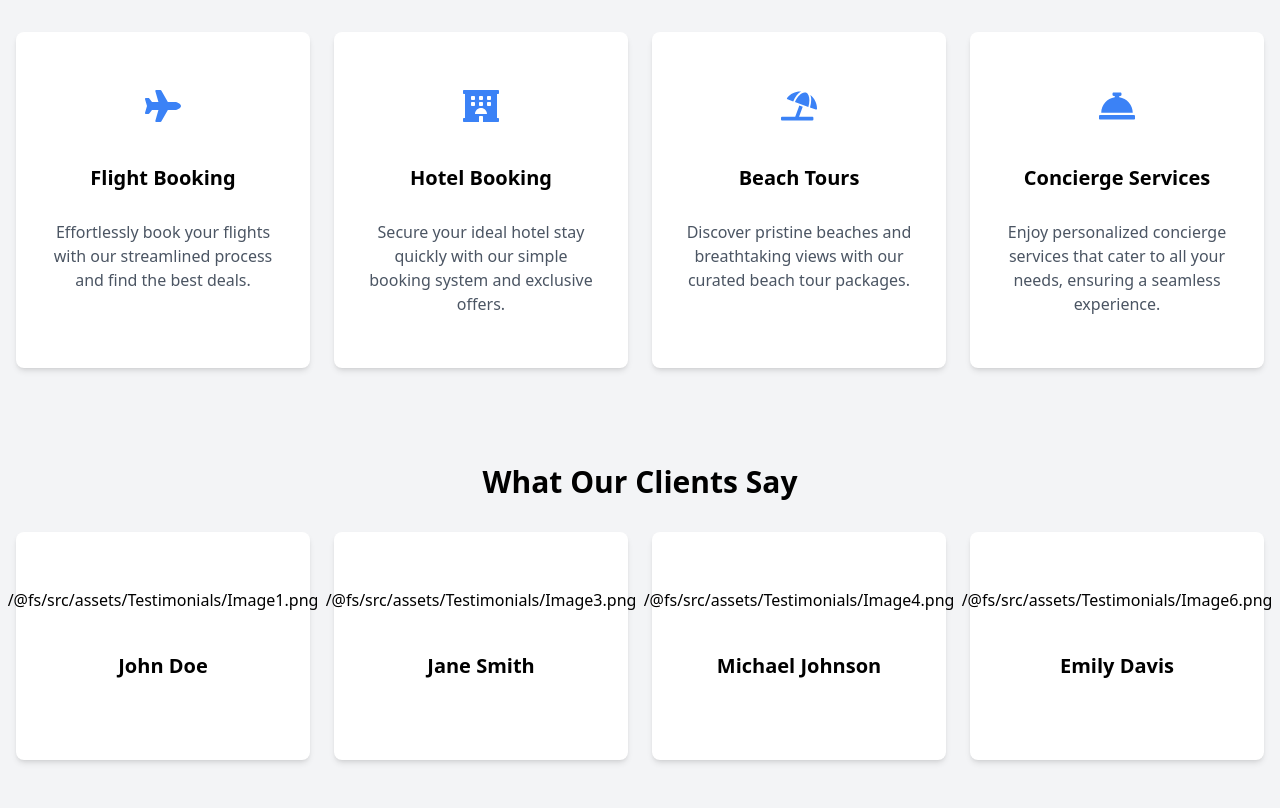
Repository: thisara199/Travel-Agency-Website
Page: /
The author's editor kept a copy of each file at every save. The page is drawn from the files as they stood at one save, then again after the next save.
The browser window is 1280 px wide. The pictures show the part of the page from y = 1252 to 2204 px (the page is 2060 px tall before and 2204 px after).
The project was rebuilt for these pictures with package versions that can differ from the ones it lists, and the page was loaded fresh each time. Also part of the build but not shown: vite.config.js.

Above is the page before, as saved 2024-09-04 06:05:55.

After the next save:
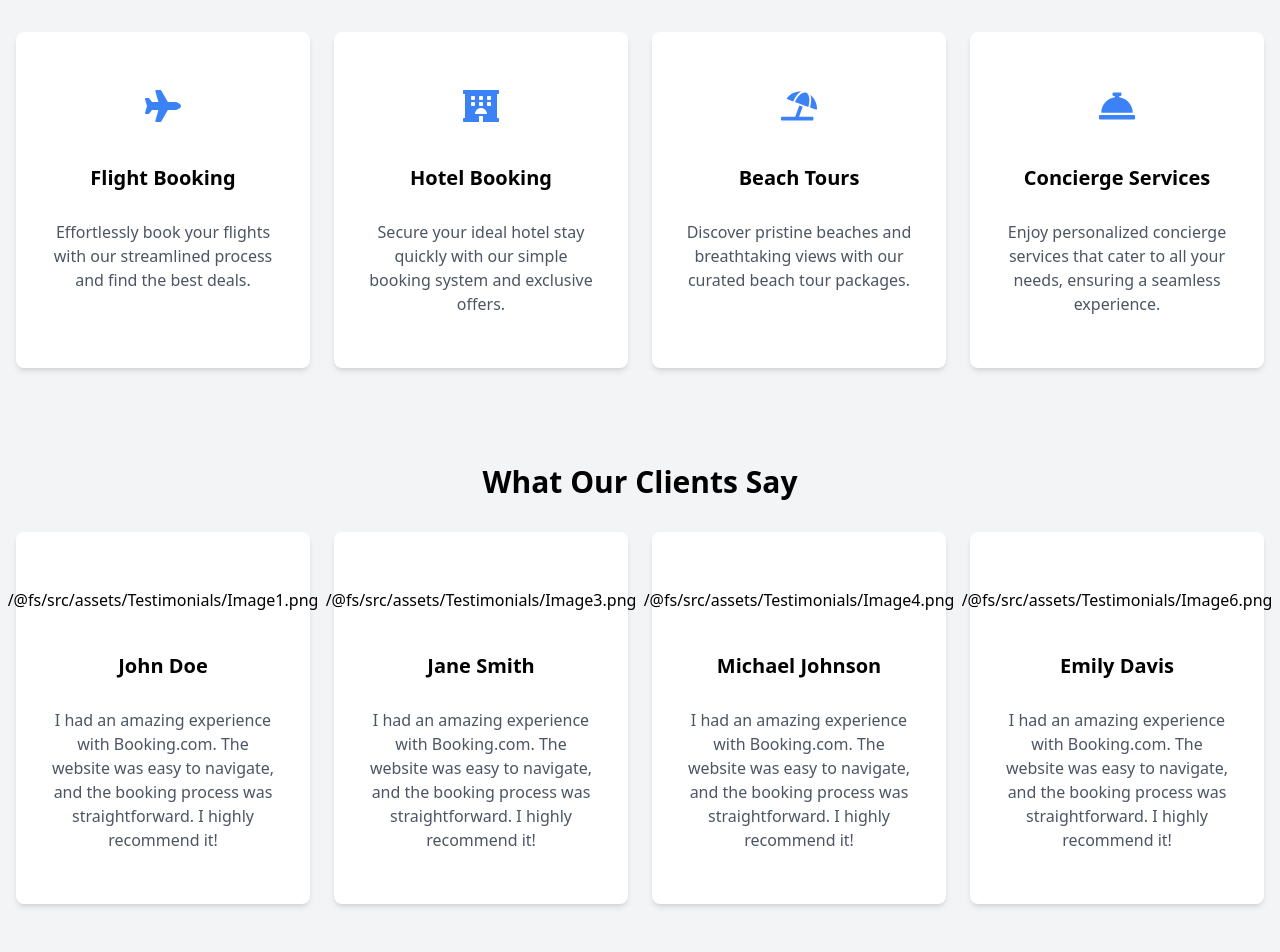
Saved 7 s later.
--- a/src/components/Testimonials/Testimonials.jsx
+++ b/src/components/Testimonials/Testimonials.jsx
@@ -42,7 +42,7 @@ const Testimonials = () => {
                 {Clients.image}
               </div>
               <h3 className='mb-2 text-xl font-bold text-center'>{Clients.name}</h3>
-              <p className='py-5 text-center text-gray-600'>{Clients.description}</p>
+              <p className='py-5 text-center text-gray-600'>{Clients.text}</p>
             </div>
           ))}
         </div>
